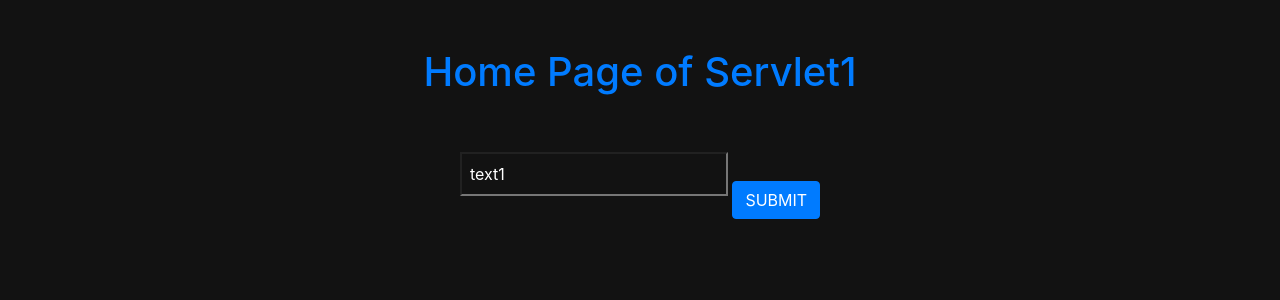
Repository: Gouravgilhare/Servlet
Page: http://localhost/SERVLET1/
These files come from the project's save history. The page is drawn as it stood at one moment and after the next save; the edit follows.
The browser window is 1280 px wide. The pictures show the whole page.
The page is served by Tomcat 10. Other server files are loaded and not shown.

Above is the page before, as saved 2025-07-16 11:56:44.

### SERVLET1/src/main/webapp/index.jsp
<%@ page language="java" contentType="text/html; charset=UTF-8"
    pageEncoding="UTF-8"%>
<!DOCTYPE html>
<html>
<head>
<meta charset="UTF-8">
<title>Home Page</title>
<link rel="stylesheet" href="https://maxcdn.bootstrapcdn.com/bootstrap/4.5.2/css/bootstrap.min.css"/>
<link rel="stylesheet" href="<%= application.getContextPath() %>/css/style.css"/>

</head>
<body>
<div class="container-fluid mt-5">
    <div class="row">
        <div class="col text-center">
            <h1 class="text-primary">Home Page of Servlet1</h1>


            <form action="<%= application.getContextPath() %>/third" method="POST">

            	<input type="text" class = "p-2 mt-5" value="text1" placeholder ="Enter Text">
            	<input type="submit" class = "btn mt-5 btn-primary" value="SUBMIT" placeholder ="SUBMIT">
            </form>
        </div>
    </div>
</div>

</body>
</html>

### SERVLET1/src/main/webapp/css/style.css
@charset "UTF-8";

*{
	color : #ffffff;
	background-color: #121212;
}


.menu-container ul{
		list-style-type : none;
}
.menu-container ul a{
	display : block;
	margin: 5px 10px;
}

After the next save:
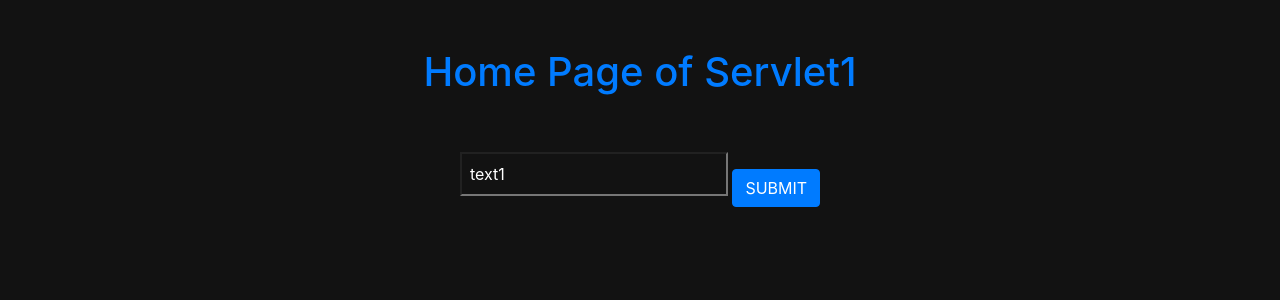
Saved 10 s later.
--- a/SERVLET1/src/main/webapp/index.jsp
+++ b/SERVLET1/src/main/webapp/index.jsp
@@ -19,7 +19,7 @@
             <form action="<%= application.getContextPath() %>/third" method="POST">
 
             	<input type="text" class = "p-2 mt-5" value="text1" placeholder ="Enter Text">
-            	<input type="submit" class = "btn mt-5 btn-primary" value="SUBMIT" placeholder ="SUBMIT">
+            	<input type="submit" class = "btn mt-4 btn-primary" value="SUBMIT" placeholder ="SUBMIT">
             </form>
         </div>
     </div>
